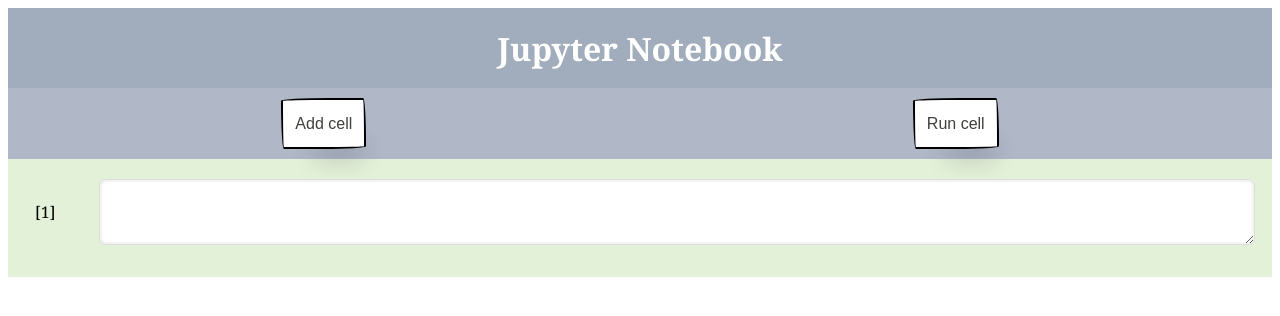
Repository: lingzi-liu/jupyter_notebook_prototype
Page: http://localhost/
An editor plug-in stored every save of this project. The page is shown before and after the next save, followed by the edit.
The browser window is 1280 px wide. The pictures show the whole page.
The page is served by the project's application, run on Flask 3 (app.py).

Above is the page before, as saved 2022-11-13 12:30:16.

After the next save:
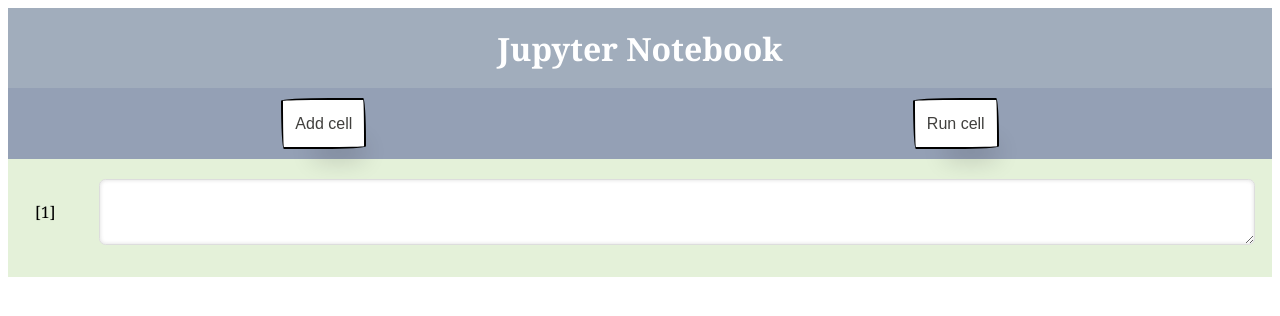
Saved 11 s later.
--- a/static/styles/style.css
+++ b/static/styles/style.css
@@ -14,7 +14,7 @@
 }
 
 #commands {
-  background-color: #63749381;
+  background-color: #637493ae;
   display: flex;
   justify-content: space-around;
 }
